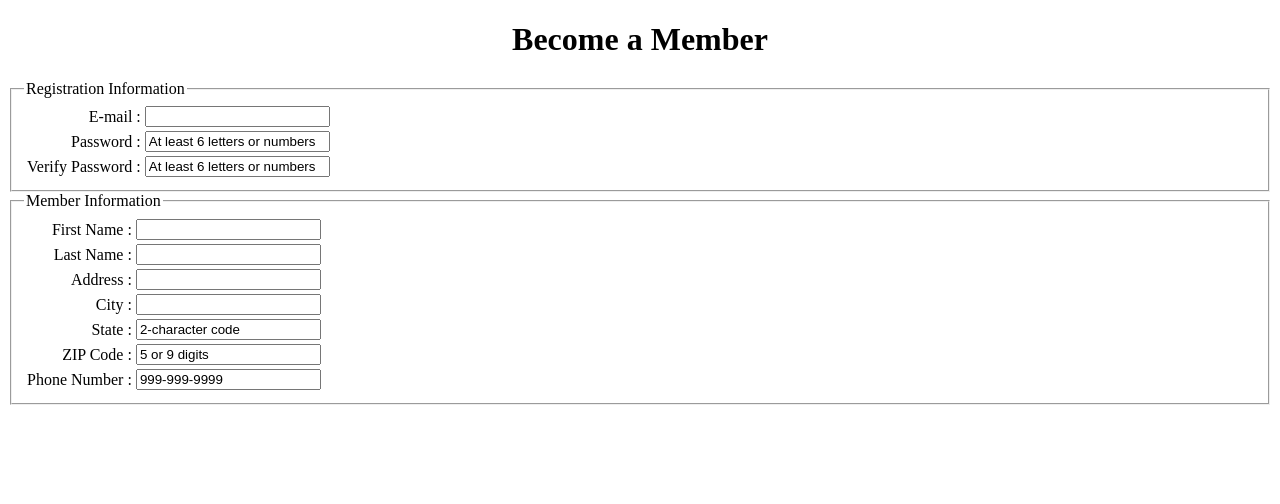
Repository: kjungyoun/Web_Study_2021
Page: homework_front/WebContent/0302/0302.html
The author's editor kept a copy of each file at every save. The page is drawn from the files as they stood at one save, then again after the next save.
The browser window is 1280 px wide. The pictures show the whole page.

Above is the page before, as saved 2021-03-02 11:07:57.

After the next save:
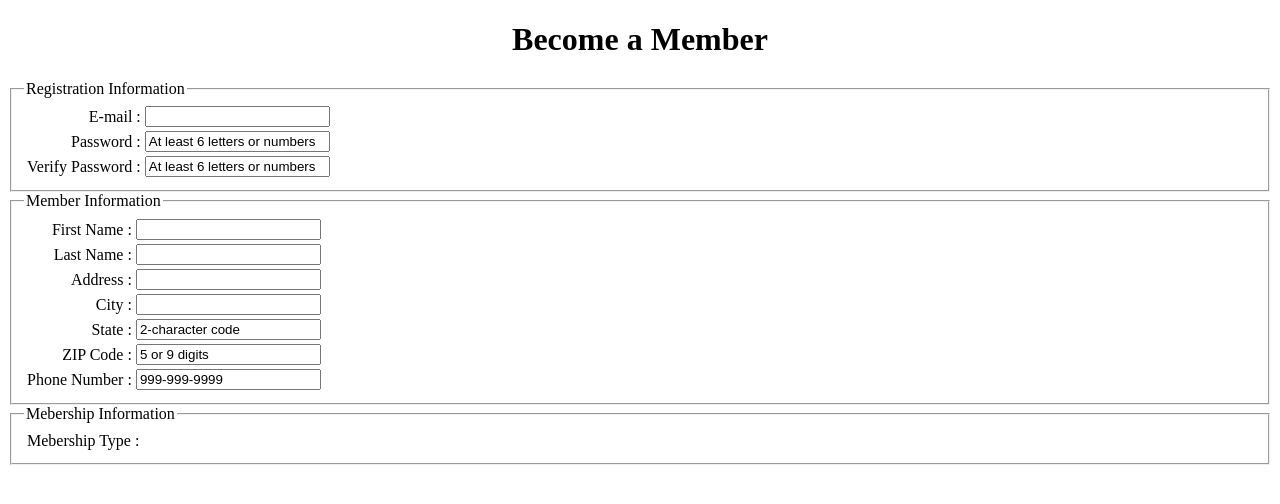
Saved 2 min 43 s later.
--- a/homework_front/WebContent/0302/0302.html
+++ b/homework_front/WebContent/0302/0302.html
@@ -105,6 +105,16 @@
 			</tbody>
 		</table>
 	</fieldset>
+	<fieldset>
+		<legend>Mebership Information</legend>
+		<table>
+			<tr>
+				<td align="right">
+					<label for="type">Mebership Type : </label>
+				</td>
+			</tr>
+		</table>
+	</fieldset>
 </form>
 </body>
 </html>
